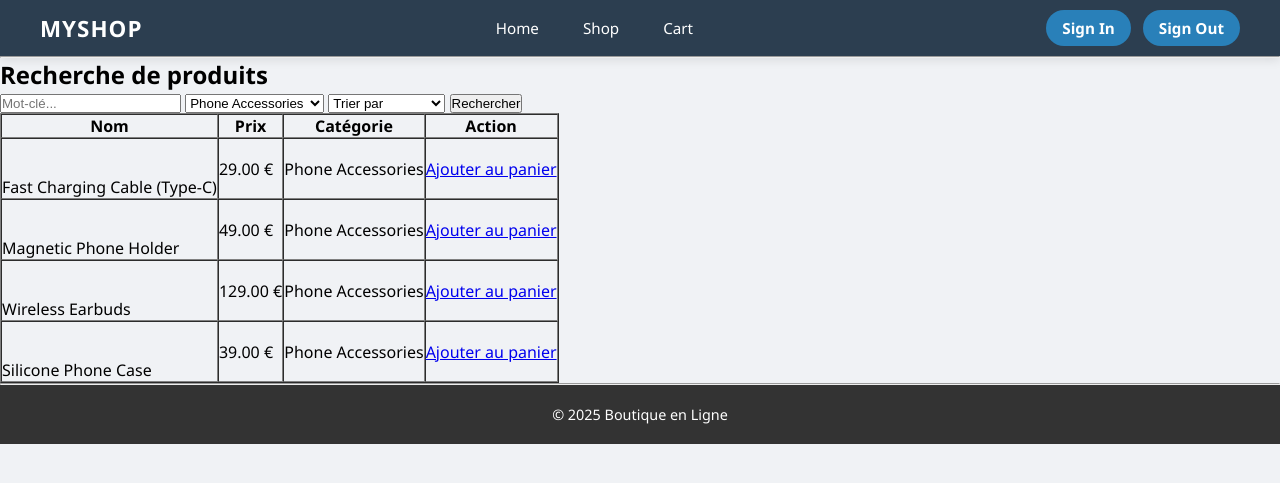
Repository: kiraj-walid/ecomerce
Page: http://localhost/search.php?category=Phone+Accessories
The author's editor kept a copy of each file at every save. The page is drawn from the files as they stood at one save, then again after the next save.
The browser window is 1280 px wide. The pictures show the whole page.
The page is run by PHP 8.4 with error messages shown; the project is at /var/www/html/. The database holds what the project's SQL file puts in it. Queries for data that is not in the repository find no rows.

Above is the page before, as saved 2025-05-07 15:18:35.

After the next save:
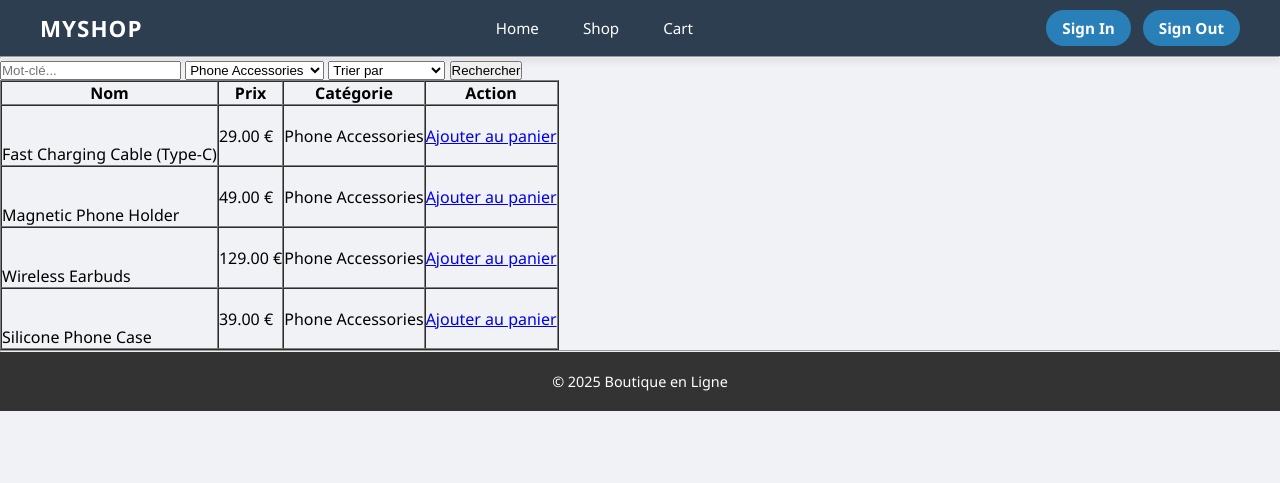
Saved 7 min 3 s later.
--- a/search.php
+++ b/search.php
@@ -36,8 +36,7 @@ $categories = $pdo->query('SELECT DISTINCT categorie FROM produits WHERE categor
 
 include 'includes/header.php';
 ?>
-<h2>Recherche de produits</h2>
-<form method="get" action="search.php">
+<form method="get" action="search.php" class="search-form">
     <input type="text" name="keyword" placeholder="Mot-clé..." value="<?= htmlspecialchars($keyword) ?>">
     <select name="category">
         <option value="">Catégorie</option>
